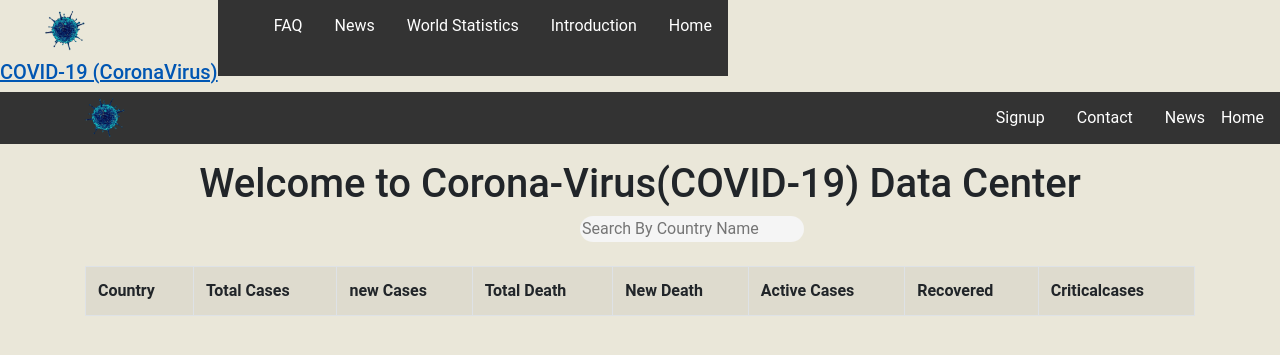
Repository: xthashankar/COVID-19-data-
Page: index.html
An editor plug-in stored every save of this project. The page is shown before and after the next save, followed by the edit.
The browser window is 1280 px wide. The pictures show the whole page.
The page's requests for data from a server got no answer.

Above is the page before, as saved 2020-04-14 16:46:02.

After the next save:
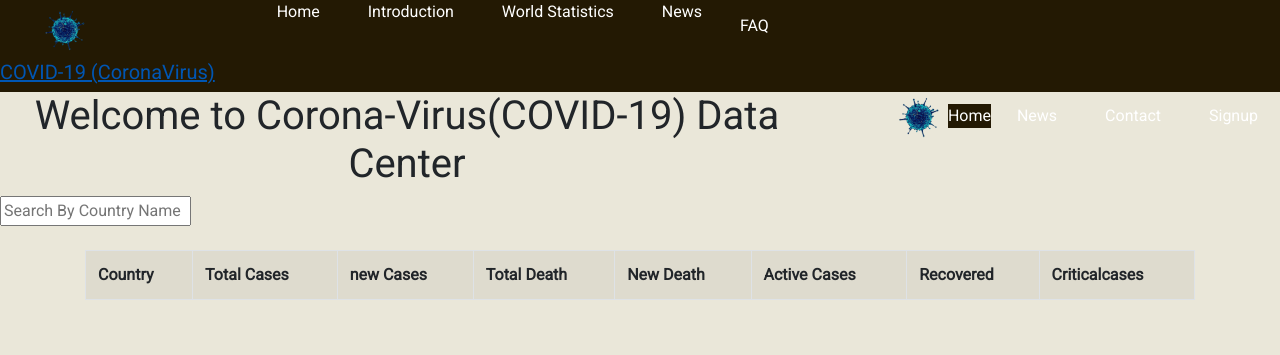
Saved 47 s later.
--- a/index.html
+++ b/index.html
@@ -7,7 +7,7 @@
      <script src="https://ajax.googleapis.com/ajax/libs/jquery/3.4.1/jquery.min.js"></script>
      <script src="https://cdnjs.cloudflare.com/ajax/libs/popper.js/1.16.0/umd/popper.min.js"></script>
     <script src="https://maxcdn.bootstrapcdn.com/bootstrap/4.4.1/js/bootstrap.min.js"></script>
-    <link rel="stylesheet" href="css/styles.css">
+    <link rel="stylesheet" href="css/nqa.css">
     <title>Document</title>
 </head>
 <body>
